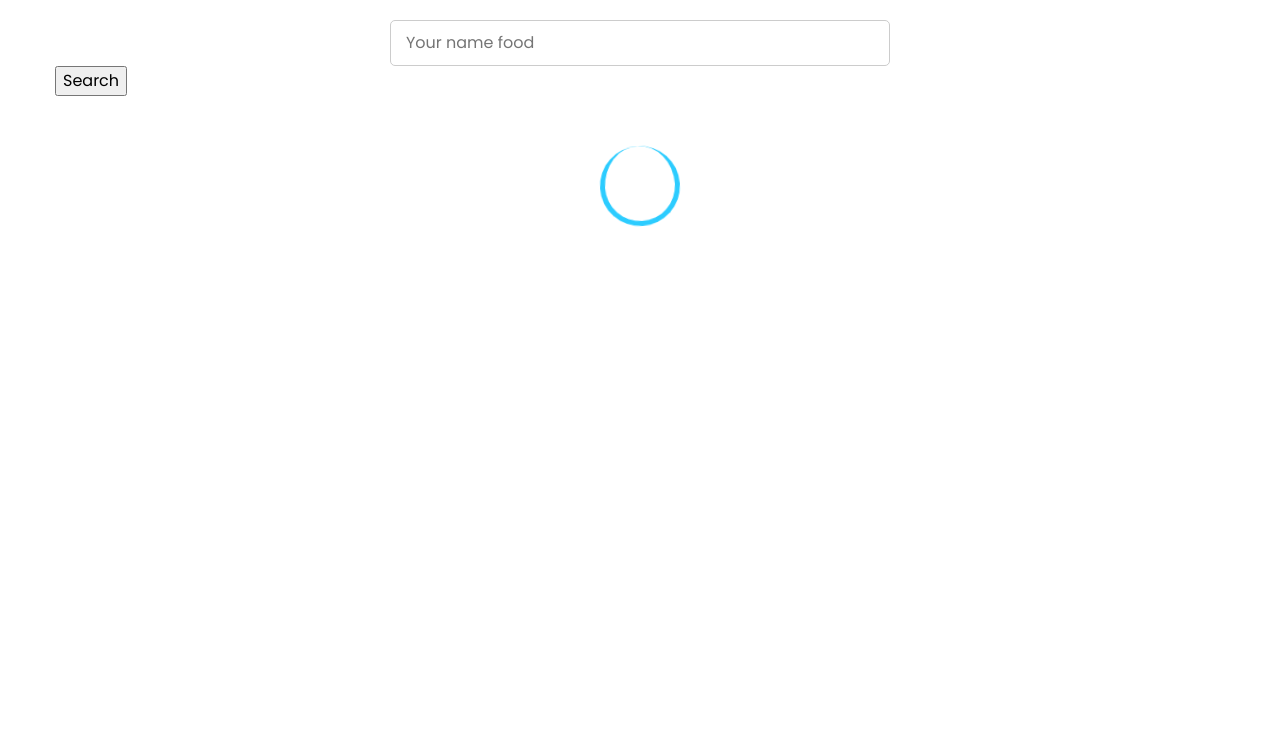
Repository: hoang0508/ReactJsDevWork
Page: /
The author's editor kept a copy of each file at every save. The page is drawn from the files as they stood at one save, then again after the next save.
The browser window is 1280 px wide. The pictures show the whole page.
The page's requests for data from a server got no answer. The project was rebuilt for these pictures with package versions that can differ from the ones it lists, and the page was loaded fresh each time. No one was signed in, and anything a server would have sent is missing.

Above is the page before, as saved 2022-02-05 20:33:43.

### src/index.scss
body {
  margin: 0;
  font-family: "Poppins", sans-serif;
  font-size: 16px;
  -webkit-font-smoothing: antialiased;
  -moz-osx-font-smoothing: grayscale;
}

code {
  font-family: source-code-pro, Menlo, Monaco, Consolas, "Courier New",
    monospace;
}

### src/App.js
import "./App.scss";
// import Button from "./components/Button/Button";
import Food from "./components/FoodApi/Food";

function App() {
  return (
    <>
      {/* <div>Hello</div> */}
      <Food />
      {/* <Button /> */}
    </>
  );
}

export default App;

### src/App.scss
@import url("https://fonts.googleapis.com/css2?family=Poppins:ital,wght@0,300;0,400;0,500;0,600;0,700;1,600&family=Red+Hat+Display:wght@300;400;500;600;700&display=swap");
*,
*::before,
*::after {
  box-sizing: border-box;
}
body,
h1,
h2,
h3,
h4,
h5,
h6,
p,
figure,
picture {
  margin: 0;
}
body {
  min-height: 100vh;
  line-height: 1.5;
}
input,
button,
select,
textarea {
  font: inherit;
}
img,
picture {
  display: block;
  max-width: 100%;
}
/* remove animation for people who've turned them off */
@media (prefers-reduced-motion: reduce) {
  *,
  *::before,
  *::after {
    animation-duration: 0.01ms !important;
    animation-iteration-count: 1 !important;
    transition-duration: 0.01ms !important;
    scroll-behavior: auto !important;
  }
}

// body {
//   background: #eb3349; /* fallback for old browsers */
//   background: -webkit-linear-gradient(
//     to right,
//     #f45c43,
//     #eb3349
//   ); /* Chrome 10-25, Safari 5.1-6 */
//   background: linear-gradient(
//     to right,
//     #f45c43,
//     #eb3349
//   ); /* W3C, IE 10+/ Edge, Firefox 16+, Chrome 26+, Opera 12+, Safari 7+ */
// }

### src/components/FoodApi/Food.js
import axios from "axios";
import lodash from "lodash";
import React, { useEffect, useRef, useState } from "react";
import "./Food.scss";

const Food = () => {
  // render data
  const [foodMeals, setFoodMeals] = useState([]);
  // khởi tạo data ô input
  const [queryMeals, setQueryMeals] = useState("chicken_breast");
  // Loading
  const [loadingFood, setLoadingFood] = useState(true);
  // url Link API
  const [url, setUrl] = useState(
    `https://www.themealdb.com/api/json/v1/1/filter.php?i=${queryMeals}`
  );
  const fetchDataFood = useRef();
  fetchDataFood.current = async () => {
    setLoadingFood(true);
    try {
      const reponse = await axios.get(url);
      // console.log(reponse.data?.meals);
      setFoodMeals(reponse.data?.meals);
      setLoadingFood(false);
    } catch (err) {
      console.log(err);
    }
  };
  // Fuction onChange input
  const handleChangeFood = lodash.debounce((e) => {
    setQueryMeals(e.target.value);
  }, 500);
  // useEffect
  useEffect(() => {
    fetchDataFood.current();
  }, [queryMeals]);
  return (
    <>
      <div className="food">
        <form>
          {/* input */}
          <input
            className="food-input"
            type="text"
            // defaultValue={queryMeals}
            placeholder="Your name food"
            onChange={(e) => handleChangeFood(e)}
          />
          <button className="food-btn">Search</button>
        </form>
        {/* loading */}
        {loadingFood && <div className="food-loading"></div>}
        {/* foodlist */}
        <div className="food-list">
          {!loadingFood &&
            foodMeals &&
            foodMeals.length > 0 &&
            foodMeals.map((item, index) => (
              <div className="food-item" key={item.idMeal}>
                <div className="food-image">
                  <img src={item.strMealThumb} alt="" />
                </div>
                <div className="food-title">{item.strMeal}</div>
              </div>
            ))}
        </div>
      </div>
    </>
  );
};

export default Food;

### src/components/FoodApi/Food.scss
.food {
  max-width: 1170px;
  margin: 20px auto 0;
  &-input {
    display: block;
    max-width: 500px;
    width: 100%;
    margin: 0 auto;
    border: 1px solid #ccc;
    border-radius: 5px;
    padding: 10px 15px;
    outline: none;
    overflow: hidden;
    transition: all 0.25s linear;
  }
  &-input:focus {
    border-color: #2cccff;
  }
  &-list {
    display: grid;
    grid-template-columns: repeat(3, 1fr);
    grid-gap: 40px;
    margin: 40px 0 100px;
  }
  &-item {
    background-color: #fff;
    border-radius: 10px;
    border: 1px solid #ccc;
    overflow: hidden;
    cursor: pointer;
    // transition: all 0.25s linear;
  }
  &-image {
    height: 300px;
    img {
      width: 100%;
      height: 100%;
      object-fit: cover;
    }
  }
  &-title {
    text-align: center;
    margin-top: 15px;
    font-size: 20px;
    padding: 10px 0;
  }
  &-loading {
    width: 80px;
    height: 80px;
    border-radius: 100rem;
    border: 5px solid #2cccff;
    border-right: transparent;
    animation: foodLoading 2s linear infinite;
    margin: 50px auto;
  }
  @keyframes foodLoading {
    0% {
      transform: rotate(0deg);
    }
    // 50% {
    //   transform: rotate(45deg);
    // }
    100% {
      transform: rotate(360deg);
    }
  }
}

Loaded but not shown: public/index.html (common file); src/index.js (common file); src/reportWebVitals.js (common file)

After the next save:
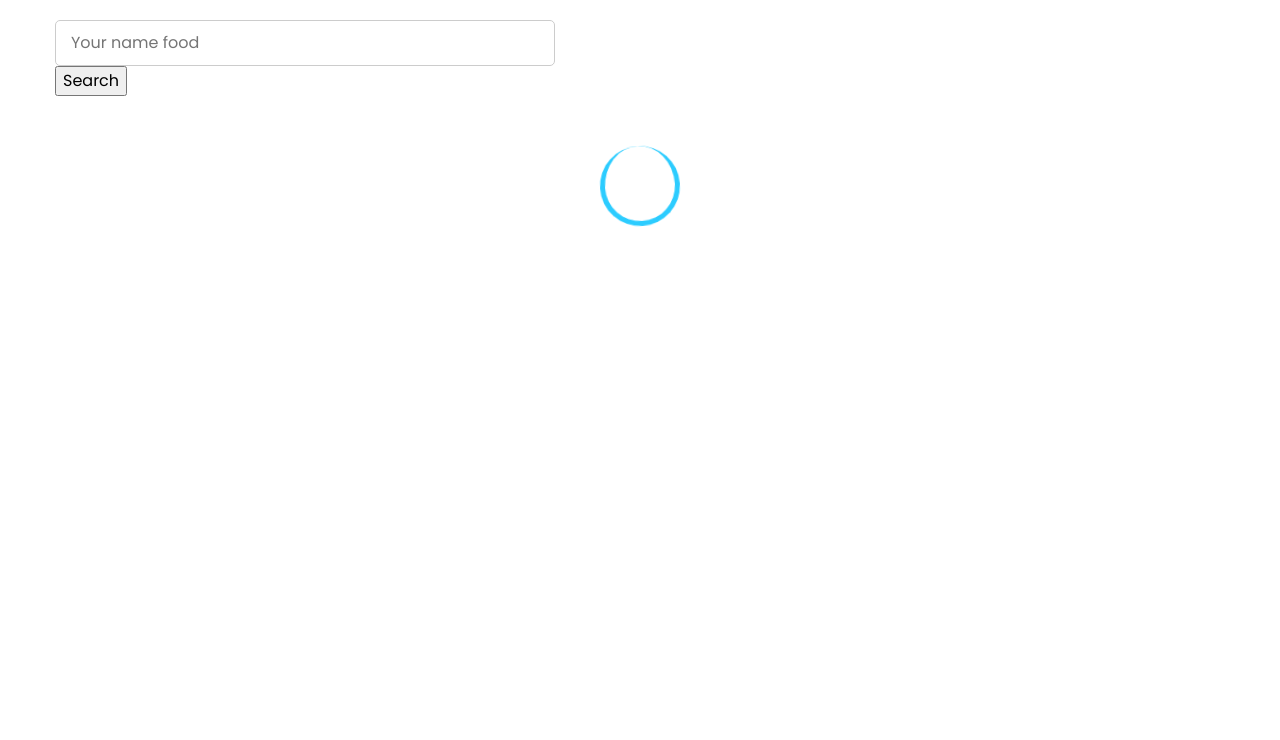
Saved 81 s later.
--- a/src/components/FoodApi/Food.scss
+++ b/src/components/FoodApi/Food.scss
@@ -1,11 +1,13 @@
 .food {
   max-width: 1170px;
   margin: 20px auto 0;
+  form {
+    margin: 0 auto;
+  }
   &-input {
     display: block;
     max-width: 500px;
     width: 100%;
-    margin: 0 auto;
     border: 1px solid #ccc;
     border-radius: 5px;
     padding: 10px 15px;
